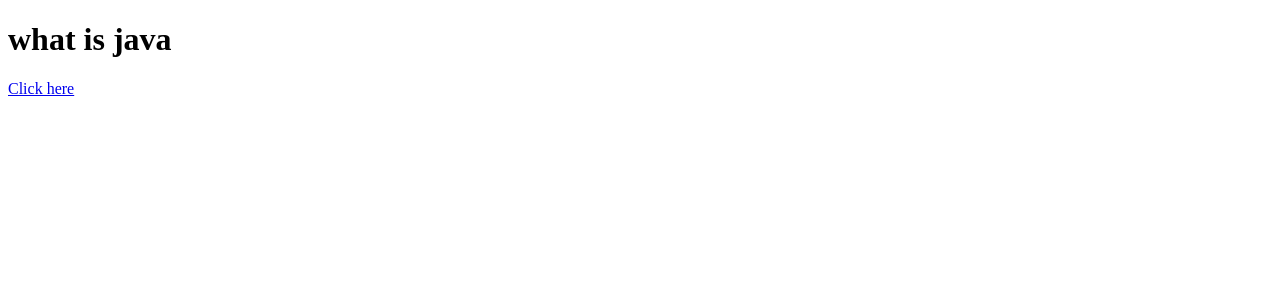
Repository: doiphodesakshi/-core_java_T2406080344
Page: MyWebApp/src/main/webapp/index.html
An editor plug-in stored every save of this project. The page is shown before and after the next save, followed by the edit.
The browser window is 1280 px wide. The pictures show the whole page.

Above is the page before, as saved 2024-02-26 07:04:03.

### MyWebApp/src/main/webapp/index.html
<!DOCTYPE html>
<html>
<head>
<meta charset="ISO-8859-1">
<title>Register</title>
</head>
<body>
<h1>what is java</h1>
<a href="welcome.html">Click here</a>

</body>
</html>

After the next save:
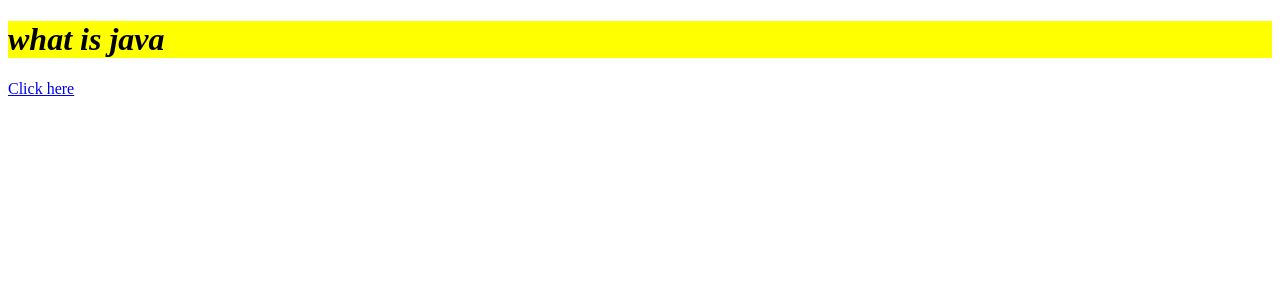
Saved 2 min 5 s later.
--- a/MyWebApp/src/main/webapp/index.html
+++ b/MyWebApp/src/main/webapp/index.html
@@ -5,7 +5,7 @@
 <title>Register</title>
 </head>
 <body>
-<h1>what is java</h1>
+<h1 style="background-color: yellow; font-style:italic;">what is java</h1>
 <a href="welcome.html">Click here</a>
 
 </body>
